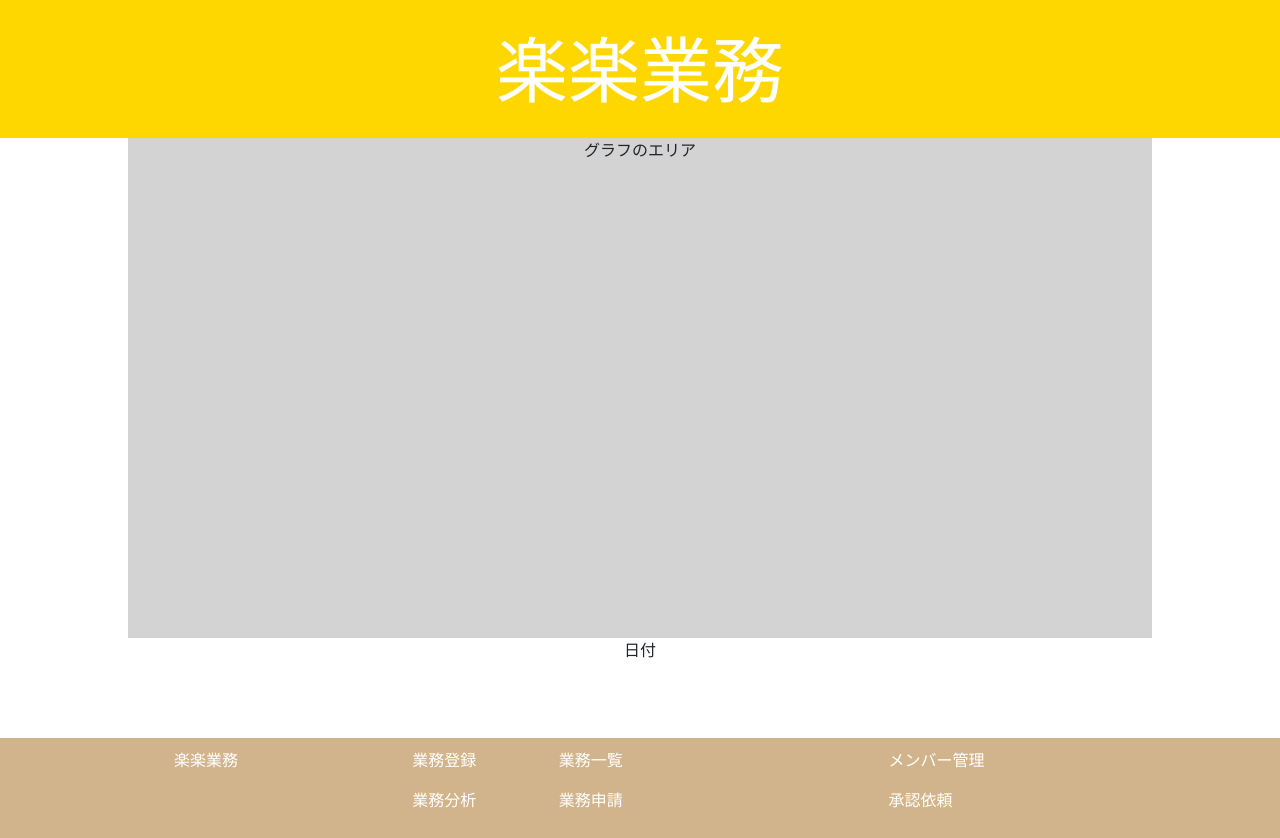
Repository: Reiya-1003/VueReplaceTask
Page: /#/graph
These files come from the project's save history. The page is drawn as it stood at one moment and after the next save; the edit follows.
The browser window is 1280 px wide. The pictures show the whole page.
The project was rebuilt for these pictures with package versions that can differ from the ones it lists, and the page was loaded fresh each time. Also part of the build but not shown: vue.config.js, src/components/pages/PageHome.vue, src/components/pages/PageRegister.vue, src/components/pages/PageEdit.vue.

Above is the page before, as saved 2022-06-17 09:29:59.

After the next save:
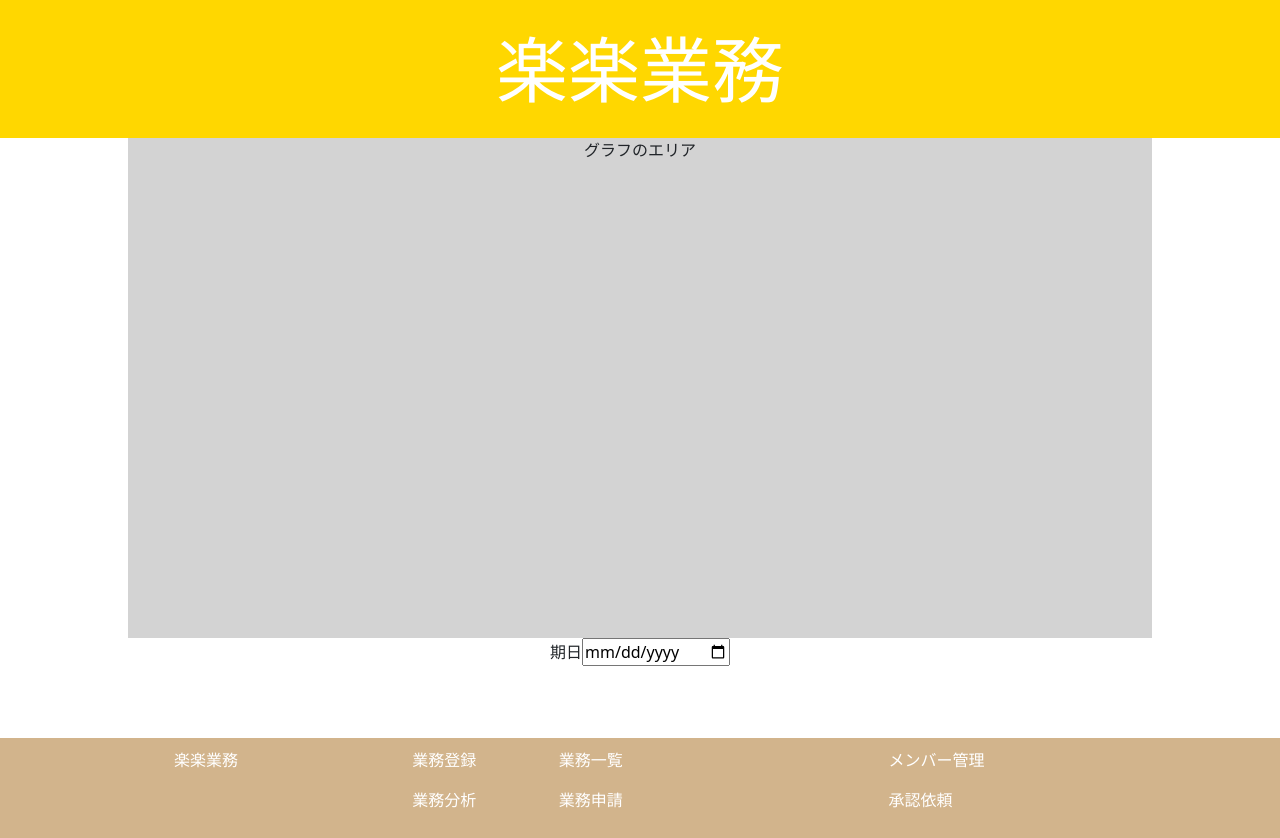
Saved 89 s later.
--- a/src/components/pages/PageGraph.vue
+++ b/src/components/pages/PageGraph.vue
@@ -3,7 +3,10 @@
 
     <!-- グラフのエリア -->
     <div class="grapharea">グラフのエリア</div>
-    <div>日付</div>
+    <div class="listitem">
+        <span class="itemtitle">期日</span
+        ><span class="item"><input type="date" class="dateinput" /></span>
+      </div>
 
 
   </div>
